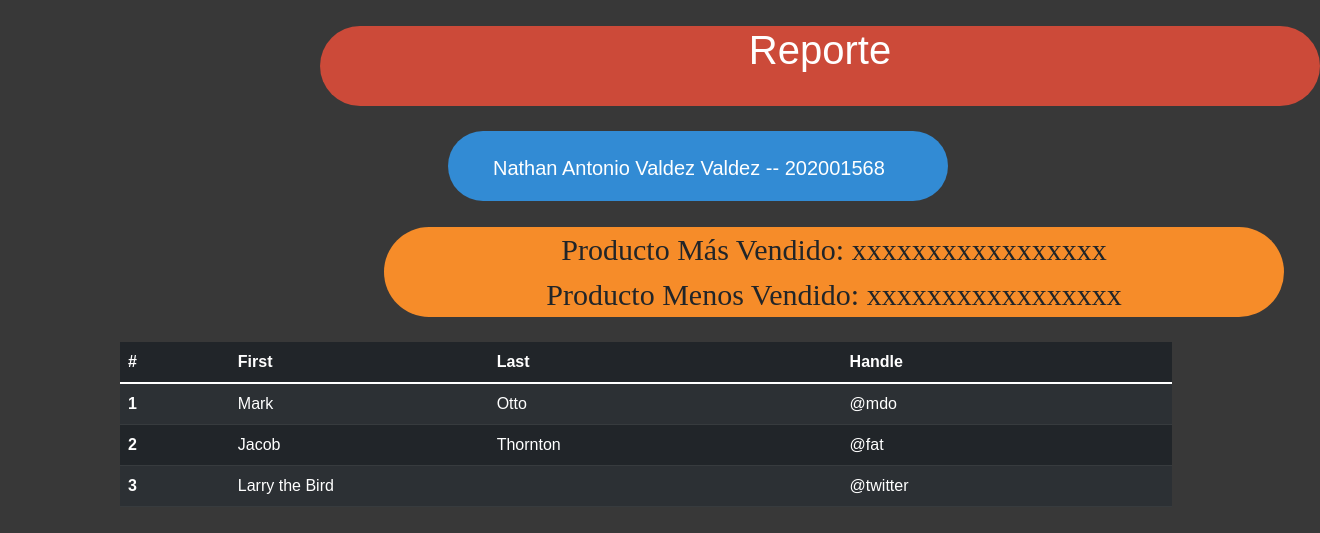
Repository: nathanvdev/LFP_PR_202001568
Page: plantilla.html
These files come from the project's save history. The page is drawn as it stood at one moment and after a run of saves; the edit follows.
The browser window is 1280 px wide. The page is 1320 px wide, so the pictures cover 1320 px, including what lies to the right of the window. The pictures show the whole page.

Above is the page before, as saved 2022-02-19 19:20:58.

After the next 2 saves:
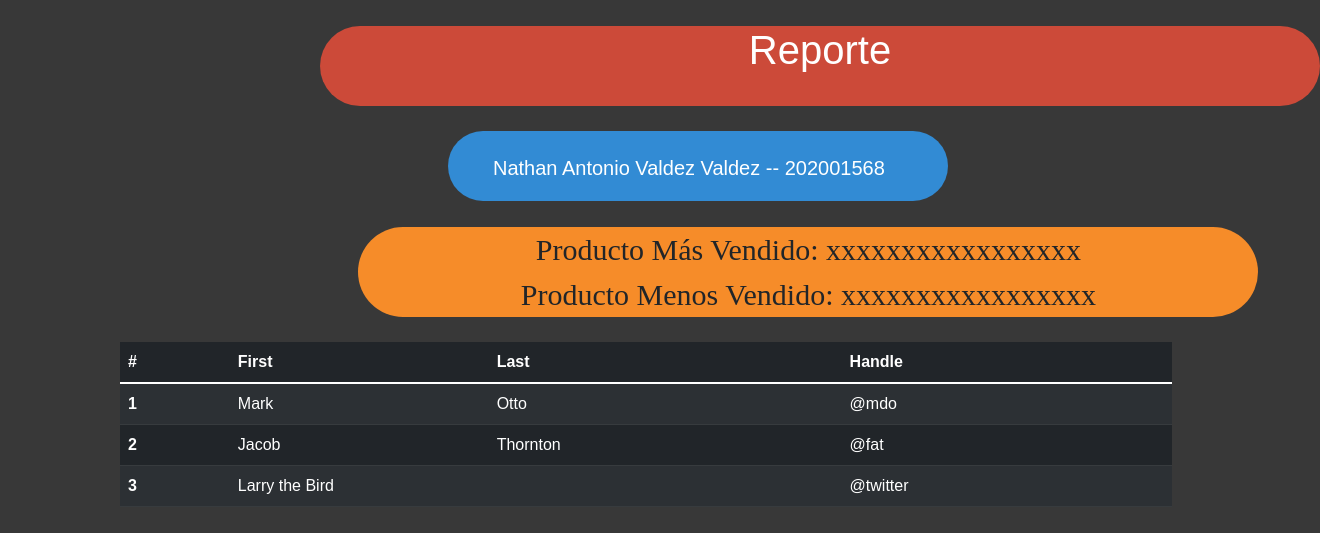
The 2 saves are shown as one change because they came seconds apart.
The last was saved 6 s later.
--- a/plantilla.html
+++ b/plantilla.html
@@ -47,7 +47,7 @@
         width: 900px;
         margin: 2%;
         margin-top: 0px;
-        margin-left: 30%;
+        margin-left: 28%;
         border-radius: 45px;
         text-align: center;
     }
